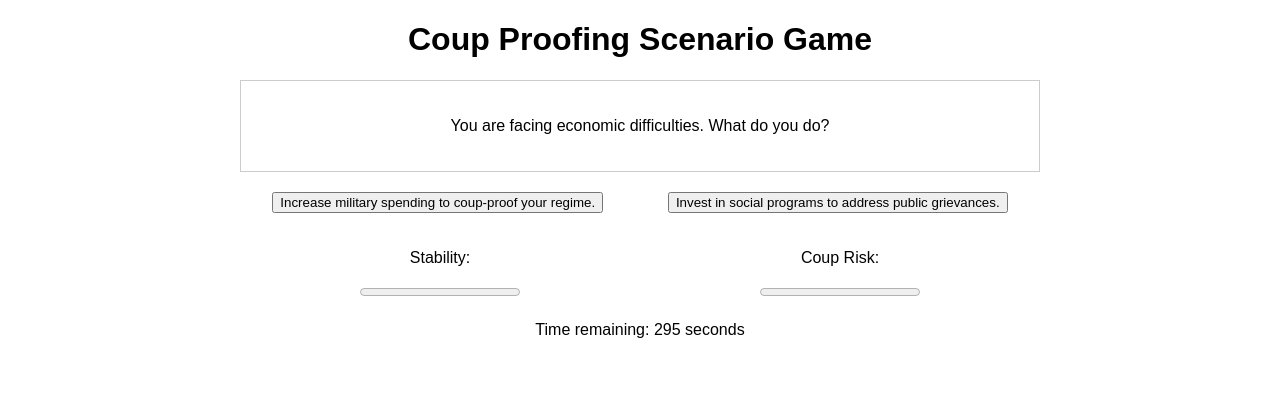
Repository: tyfeeney/Coup-Proofing-Alpha
Page: index.html
The author's editor kept a copy of each file at every save. The page is drawn from the files as they stood at one save, then again after the next save.
The browser window is 1280 px wide. The pictures show the whole page.

Above is the page before, as saved 2023-04-25 21:27:03.

After the next save:
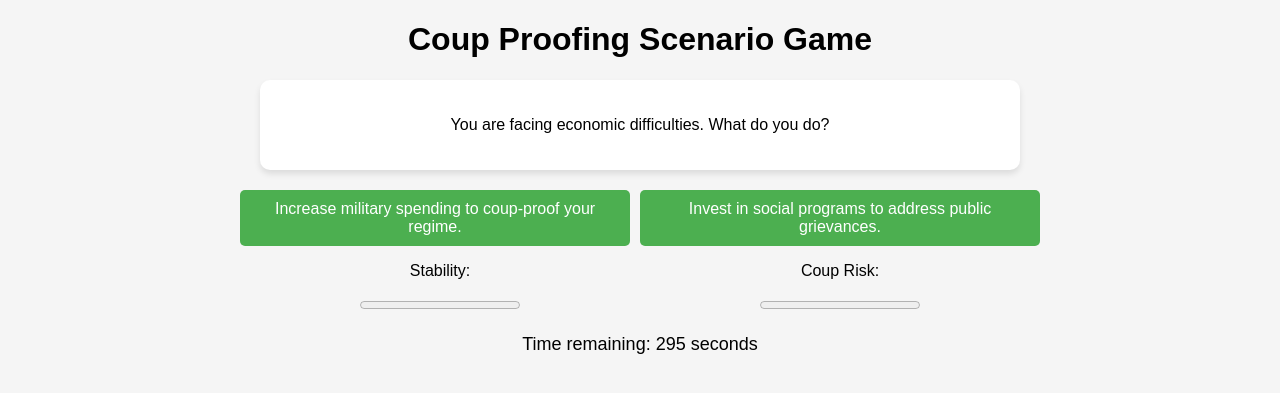
Saved 53 s later.
--- a/styles.css
+++ b/styles.css
@@ -1,5 +1,6 @@
 body {
     font-family: Arial, sans-serif;
+    background-color: #f5f5f5;
   }
 
   .container {
@@ -9,27 +10,40 @@ body {
   }
 
   .card {
-    border: 1px solid #ccc;
+    background-color: white;
     padding: 20px;
-    margin: 20px 0;
+    margin: 20px;
+    border-radius: 10px;
+    box-shadow: 0 4px 6px rgba(0, 0, 0, 0.1);
   }
 
   .buttons {
     display: flex;
-    justify-content: space-around;
-    margin-bottom: 20px;
+    justify-content: center;
+    gap: 10px;
   }
 
+  button {
+    background-color: #4CAF50;
+    color: white;
+    border: none;
+    border-radius: 5px;
+    padding: 10px 20px;
+    font-size: 16px;
+    cursor: pointer;
+  }
   .progress-container {
     display: flex;
     justify-content: space-around;
     margin-bottom: 20px;
   }
 
-  .timer {
-    margin-bottom: 20px;
+
+  button:hover {
+    background-color: #45a049;
   }
 
-  .ending {
+  .timer, .score {
+    font-size: 18px;
     margin-top: 20px;
   }
